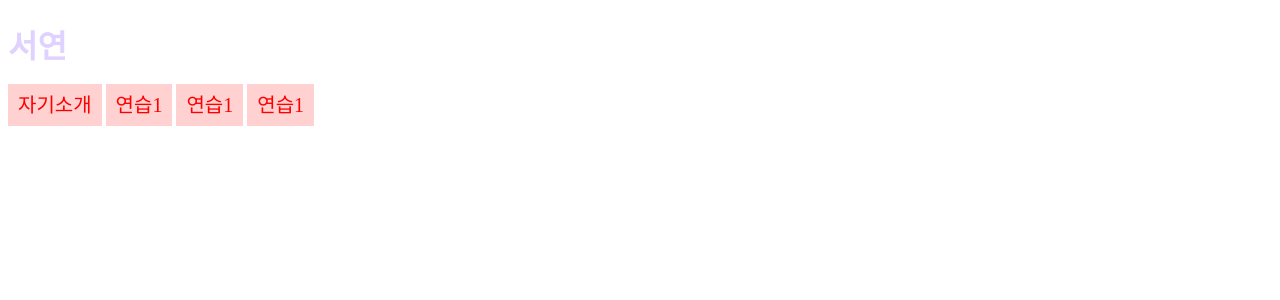
Repository: seoyeon0619/WebProgramming
Page: http://localhost/myhome1/index.jsp
An editor plug-in stored every save of this project. The page is shown before and after the next save, followed by the edit.
The browser window is 1280 px wide. The pictures show the whole page.
The page is served by Tomcat 9.

Above is the page before, as saved 2022-12-29 06:29:43.

### workspace1/myhome1/src/main/webapp/index.jsp
<%@ page language="java" contentType="text/html; charset=UTF-8"
    pageEncoding="UTF-8"%>
<!DOCTYPE html>
<html>
<head>
<meta charset="UTF-8">
<title>Insert title here</title>
<style>
		h1{
           color: #e0d2ff;
        }
        a{
            width: 200px;
            height: 120px;
            padding: 10px 10px;
            background-color: hsl(0, 100%, 91%);
            font-size: 15pt;
        }

        a:link {
            color: red;
            text-decoration: none;
        }
        a:hover {
             background-color: rgb(88, 88, 88);
             color: aliceblue;
        }

        a:active {
            background-color: hsl(331, 100%, 69%);
        }
    </style>
</head>
<body>
<%
	// 자바 코드를 둘 수 있음
	String hello = "서연";

%>
<h1><%=hello%></h1>
<a href="<%=request.getContextPath()%>/자기소개.jsp">자기소개</a>
<a href="<%=request.getContextPath()%>/연습1.jsp">연습1</a>
<a href="<%=request.getContextPath()%>/연습1.jsp">연습1</a>
<a href="<%=request.getContextPath()%>/연습1.jsp">연습1</a>
</body>
</html>

After the next save:
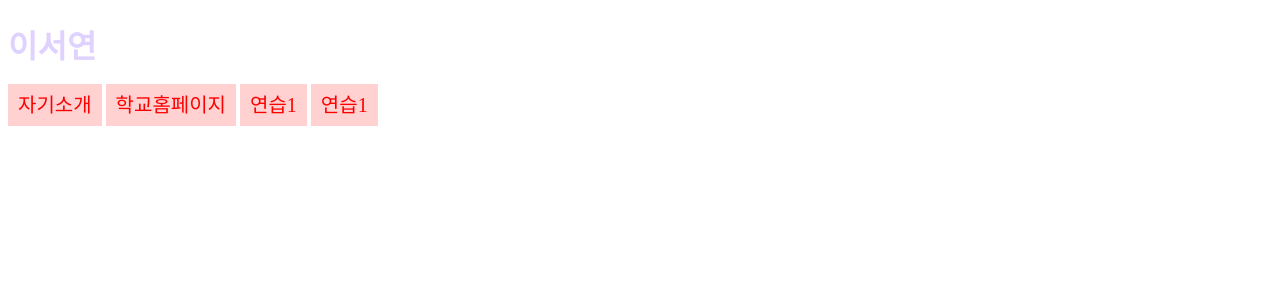
Saved 70 s later.
--- a/workspace1/myhome1/src/main/webapp/index.jsp
+++ b/workspace1/myhome1/src/main/webapp/index.jsp
@@ -34,12 +34,12 @@
 <body>
 <%
 	// 자바 코드를 둘 수 있음
-	String hello = "서연";
+	String hello = "이서연";
 
 %>
 <h1><%=hello%></h1>
 <a href="<%=request.getContextPath()%>/자기소개.jsp">자기소개</a>
-<a href="<%=request.getContextPath()%>/연습1.jsp">연습1</a>
+<a href="https://kangnam.ac.kr/">학교홈페이지</a>
 <a href="<%=request.getContextPath()%>/연습1.jsp">연습1</a>
 <a href="<%=request.getContextPath()%>/연습1.jsp">연습1</a>
 </body>
